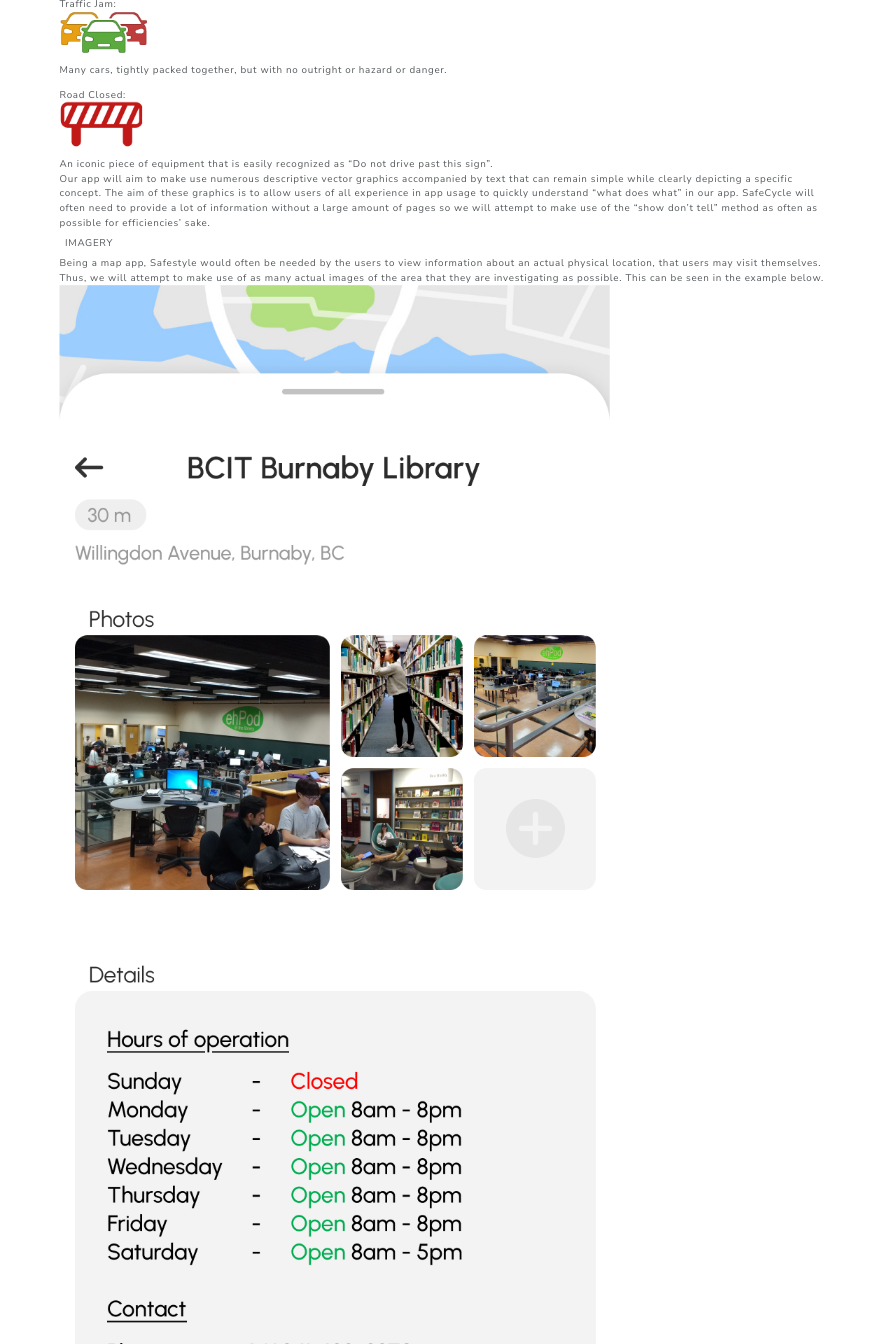
Repository: Aladdin3r/safecycle-styleguide
Page: /
An editor plug-in stored every save of this project. The page is shown before and after the next save, followed by the edit.
The browser window is 1280 px wide. The pictures show the part of the page from y = 3228 to 5148 px (the page is 5469 px tall before and 5497 px after), at 70% of full size.
The project was rebuilt for these pictures with package versions that can differ from the ones it lists, and the page was loaded fresh each time. The framework's server and built-in components were replaced by stand-ins that run in the browser. Also part of the build but not shown: next.config.mjs.

Above is the page before, as saved 2024-04-09 22:23:32.

After the next save:
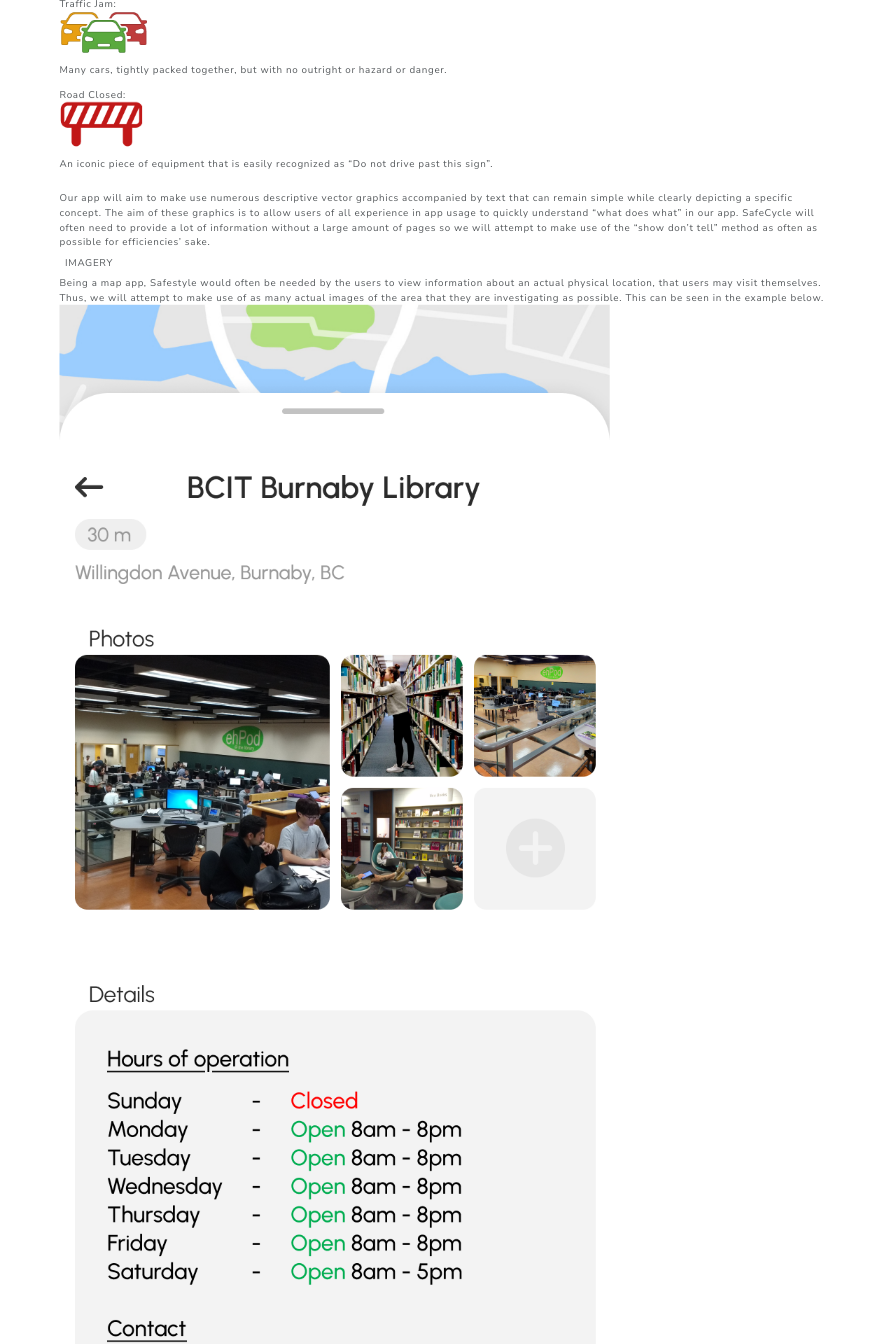
Saved 12 s later.
--- a/styles/Home.module.css
+++ b/styles/Home.module.css
@@ -75,3 +75,7 @@
 .graphicName{
   margin-top: 1em;
 }
+
+.graphicExpl{
+  margin-top: 2em;
+}
